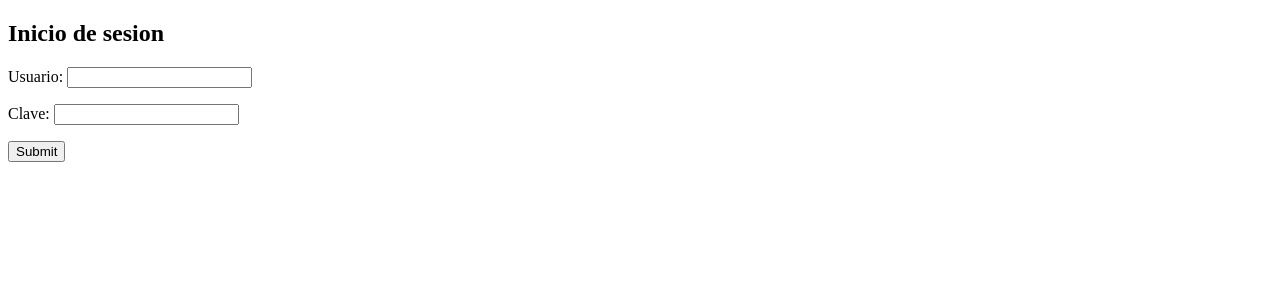
Repository: NeodarkX/Open_Source
Page: Practica1_errores/WebContent/login.html
The author's editor kept a copy of each file at every save. The page is drawn from the files as they stood at one save, then again after the next save.
The browser window is 1280 px wide. The pictures show the whole page.

Above is the page before, as saved 2015-04-27 17:59:19.

### Practica1_errores/WebContent/login.html
<!DOCTYPE html>
<html>
<head>
<meta charset="ISO-8859-1">
<title>Insert title here</title>
</head>
<body>
<form action="PrimerServlet" method="post"></form>
<h2>Inicio de sesion</h2>
<p>Usuario: <input type="text" name="usuario"/></p>
<p>Clave: <input type="text" name="clave"/></p>
<p><input type="submit" /></p>

</body>
</html>

After the next save:
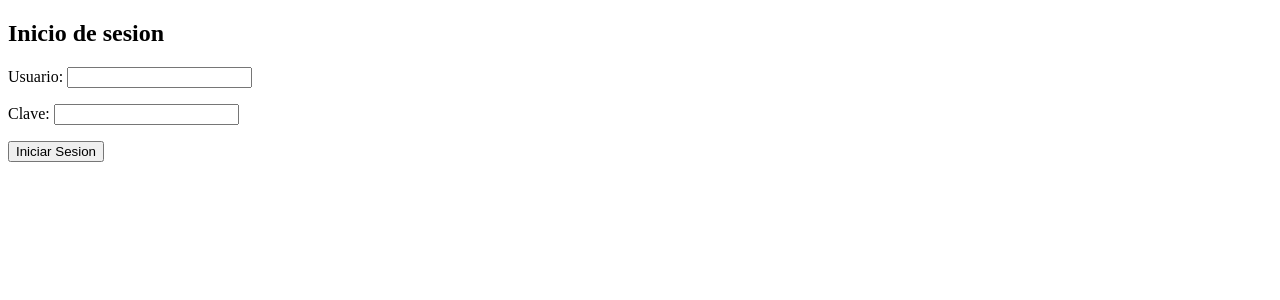
Saved 13 s later.
--- a/Practica1_errores/WebContent/login.html
+++ b/Practica1_errores/WebContent/login.html
@@ -9,7 +9,7 @@
 <h2>Inicio de sesion</h2>
 <p>Usuario: <input type="text" name="usuario"/></p>
 <p>Clave: <input type="text" name="clave"/></p>
-<p><input type="submit" /></p>
+<p><input type="submit" name="" value="Iniciar Sesion"/></p>
 
 </body>
 </html>
